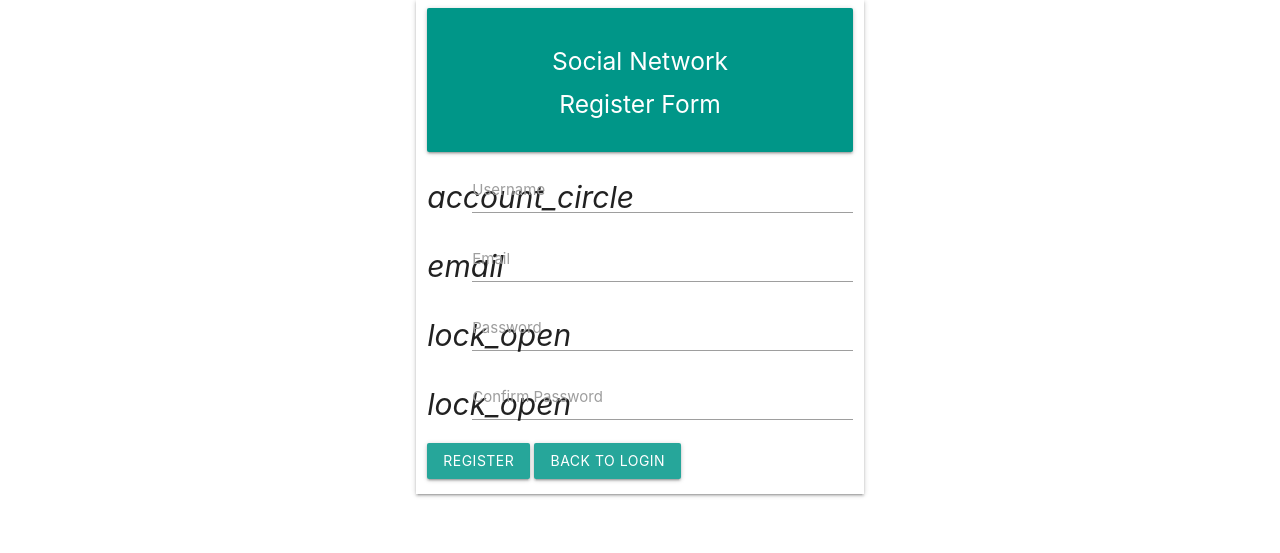
Repository: thdal/Atelier_JEE_16_02
Page: http://localhost/Atelier_JEE_16_02/WEB-INF/pages/connexion/FormRegister.jsp
An editor plug-in stored every save of this project. The page is shown before and after the next save, followed by the edit.
The browser window is 1280 px wide. The pictures show the whole page.
The page is served by Tomcat 9. Nobody is signed in. The template is opened directly, without the code that normally fills it, so the values that code supplies are empty.

Above is the page before, as saved 2021-02-22 07:25:20.

After the next save:
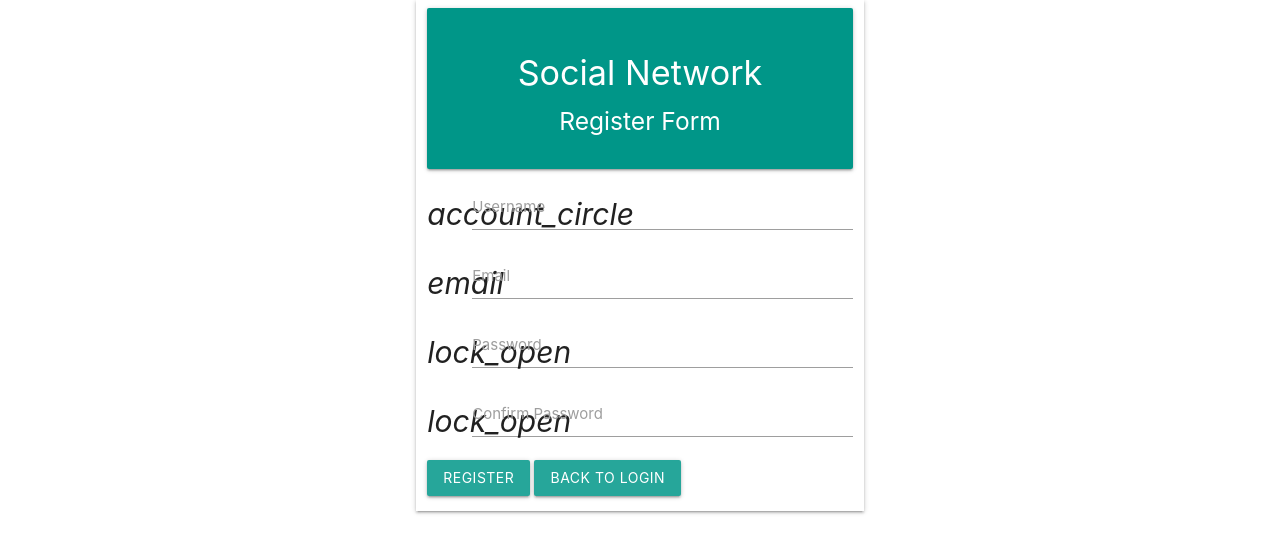
Saved 66 s later.
--- a/Atelier_JEE_16_02/src/main/webapp/WEB-INF/pages/connexion/FormRegister.jsp
+++ b/Atelier_JEE_16_02/src/main/webapp/WEB-INF/pages/connexion/FormRegister.jsp
@@ -16,7 +16,7 @@
           <div class="col s6 offset-s3 z-depth-1" id="panell">
             <!-- <h5 style="text-align: center;" id="title">Register Form</h5> -->
             <div class="card-panel teal">
-	          <h5 style="text-align: center;" class="white-text">Social Network</h5>
+	          <h4 style="text-align: center;" class="white-text">Social Network</h4>
 	          <h5 style="text-align: center;" class="white-text" id="title">Register Form</h5>
 	        </div>
             <form>
